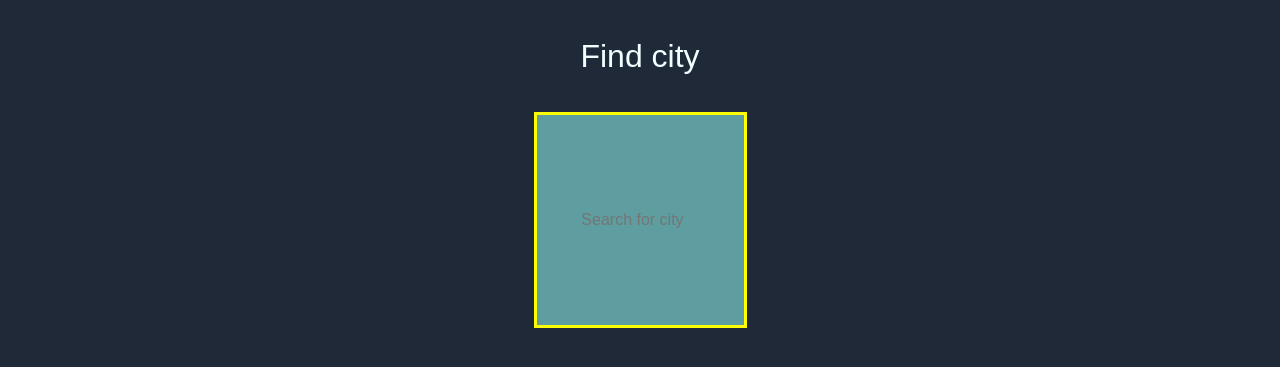
Repository: dung8466/Javascript30
Page: Pratice axios/index.html
The author's editor kept a copy of each file at every save. The page is drawn from the files as they stood at one save, then again after the next save.
The browser window is 1280 px wide. The pictures show the whole page.

Above is the page before, as saved 2022-07-20 16:13:37.

After the next save:
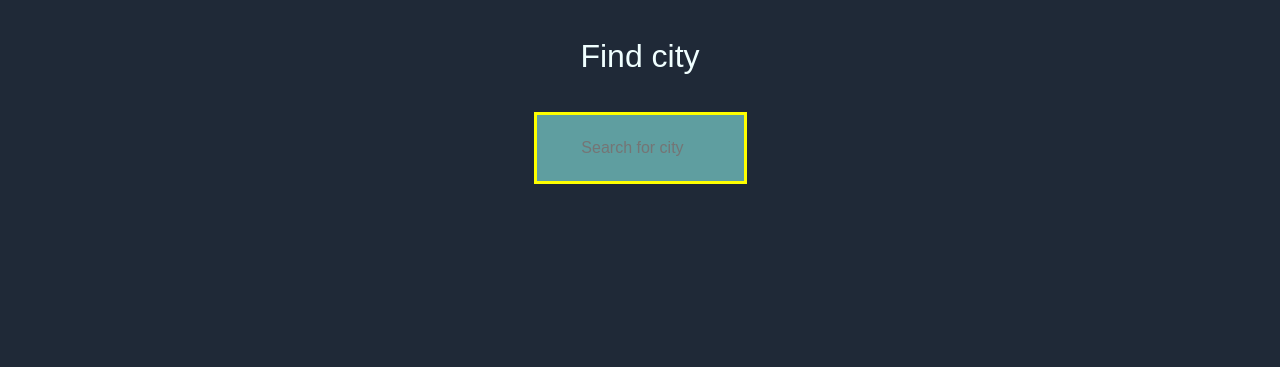
Saved 4 s later.
--- a/Pratice axios/style.css
+++ b/Pratice axios/style.css
@@ -29,5 +29,5 @@ header{
     text-align: center;
     border: 3px solid yellow;
     background-color: cadetblue;
-    min-height: 30vh;
+    min-height: 10vh;
 }
